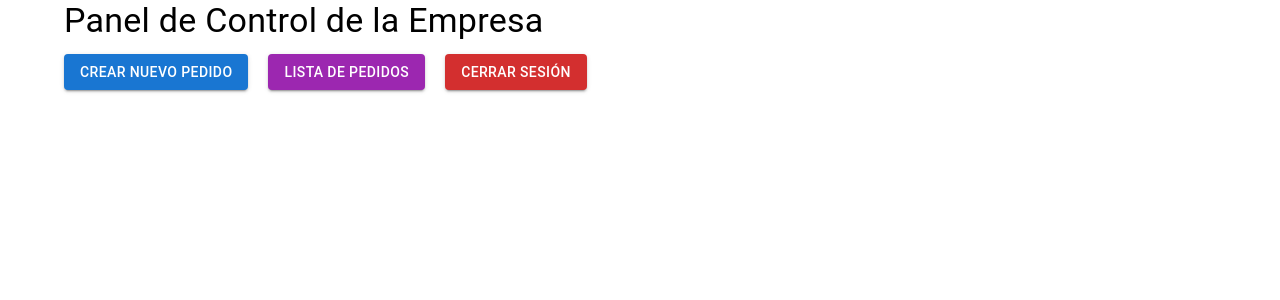
Repository: ferugarte/deliverapp
Page: /dashboard/company
The author's editor kept a copy of each file at every save. The page is drawn from the files as they stood at one save, then again after the next save.
The browser window is 1280 px wide. The pictures show the whole page.
The project was rebuilt for these pictures with package versions that can differ from the ones it lists, and the page was loaded fresh each time. Also part of the build but not shown: src/components/Auth/Login.js, src/firebase/config.js, src/components/Auth/RegisterUser.js, src/components/Auth/RegisterCompany.js, src/components/Dashboard/AdminDashboard.js, src/components/Dashboard/DriverDashboard.js, src/components/Order/OrderList.js, src/components/Order/OrderDetails.js and 5 more.

Above is the page before, as saved 2023-12-26 12:57:01.

### src/index.css
/* src/index.css */
body {
  margin: 0;
  font-family: -apple-system, BlinkMacSystemFont, 'Segoe UI', 'Roboto', 'Oxygen',
    'Ubuntu', 'Cantarell', 'Fira Sans', 'Droid Sans', 'Helvetica Neue',
    sans-serif;
  -webkit-font-smoothing: antialiased;
  -moz-osx-font-smoothing: grayscale;
}

code {
  font-family: source-code-pro, Menlo, Monaco, Consolas, 'Courier New',
    monospace;
}

/* Agrega más estilos globales según sea necesario */

### src/App.js
import React from 'react';
import { BrowserRouter as Router, Routes, Route, Navigate } from 'react-router-dom';

// Importa tus componentes aquí...
import Login from './components/Auth/Login';
import RegisterUser from './components/Auth/RegisterUser';
import RegisterCompany from './components/Auth/RegisterCompany';
import AdminDashboard from './components/Dashboard/AdminDashboard';
import DriverDashboard from './components/Dashboard/DriverDashboard';
import CompanyDashboard from './components/Dashboard/CompanyDashboard';
import OrderList from './components/Order/OrderList';
import OrderDetails from './components/Order/OrderDetails';
import EditOrder from './components/Order/EditOrder'; // Asegúrate de tener este componente
import NewOrder from './components/Order/NewOrder';
import MessageConfig from './components/Order/MessageConfig';
import MapView from './components/Tracking/MapView';
import TrackingInfo from './components/Tracking/TrackingInfo';

function App() {
  return (
    <Router>
      <Routes>
        <Route path="/" element={<Navigate replace to="/login" />} />
        <Route path="/login" element={<Login />} />
        {/* Rutas para Autenticación */}
        <Route path="/login" element={<Login />} />
        <Route path="/register-user" element={<RegisterUser />} />
        <Route path="/register-company" element={<RegisterCompany />} />

        {/* Rutas para Dashboards */}
        <Route path="/dashboard/admin" element={<AdminDashboard />} />
        <Route path="/dashboard/driver" element={<DriverDashboard />} />
        <Route path="/dashboard/company" element={<CompanyDashboard />} />

        {/* Rutas para Pedidos */}
        <Route path="/orders" element={<OrderList />} />
        <Route path="/order/details/:id" element={<OrderDetails />} />
        <Route path="/order/edit/:id" element={<EditOrder />} />
        <Route path="/order/new" element={<NewOrder />} />
        <Route path="/order/message-config" element={<MessageConfig />} />

        {/* Rutas para Seguimiento */}
        <Route path="/tracking/map" element={<MapView />} />
        <Route path="/tracking/info/:id" element={<TrackingInfo />} />

        {/* Puedes agregar aquí más rutas según sea necesario */}
      </Routes>
    </Router>
  );
}

export default App;

### src/reportWebVitals.js
// src/reportWebVitals.js
const reportWebVitals = (onPerfEntry) => {
  if (onPerfEntry && onPerfEntry instanceof Function) {
    import('web-vitals').then(({ getCLS, getFID, getFCP, getLCP, getTTFB }) => {
      getCLS(onPerfEntry);
      getFID(onPerfEntry);
      getFCP(onPerfEntry);
      getLCP(onPerfEntry);
      getTTFB(onPerfEntry);
    });
  }
};

export default reportWebVitals;

### src/components/Dashboard/CompanyDashboard.js
// src/components/Dashboard/CompanyDashboard.js
import React from 'react';
import { useNavigate } from 'react-router-dom';
import { getAuth, signOut } from 'firebase/auth';
import { Button, Container, Typography } from '@mui/material';

const CompanyDashboard = () => {
  const navigate = useNavigate();
  const auth = getAuth();

  const handleLogoff = () => {
    signOut(auth)
      .then(() => {
        // Redirigir al usuario a la página de inicio de sesión después de cerrar sesión
        navigate('/login');
      })
      .catch((error) => {
        // Manejar posibles errores aquí
        console.error('Error al cerrar sesión:', error);
      });
  };

  return (
    <Container maxWidth="lg">
      <Typography variant="h4" gutterBottom>
        Panel de Control de la Empresa
      </Typography>

      <Button
        variant="contained"
        color="primary"
        onClick={() => navigate('/order/new')}
      >
        Crear Nuevo Pedido
      </Button>

      <Button
        variant="contained"
        color="secondary"
        onClick={() => navigate('/orders')}
        style={{ marginLeft: '20px' }}
      >
        Lista de Pedidos
      </Button>

      <Button
        variant="contained"
        color="error"
        onClick={handleLogoff}
        style={{ marginLeft: '20px' }}
      >
        Cerrar Sesión
      </Button>

      {/* Puedes agregar más botones o enlaces según sea necesario */}
    </Container>
  );
};

export default CompanyDashboard;

Loaded but not shown: public/index.html (common file); src/index.js (common file)

After the next save:
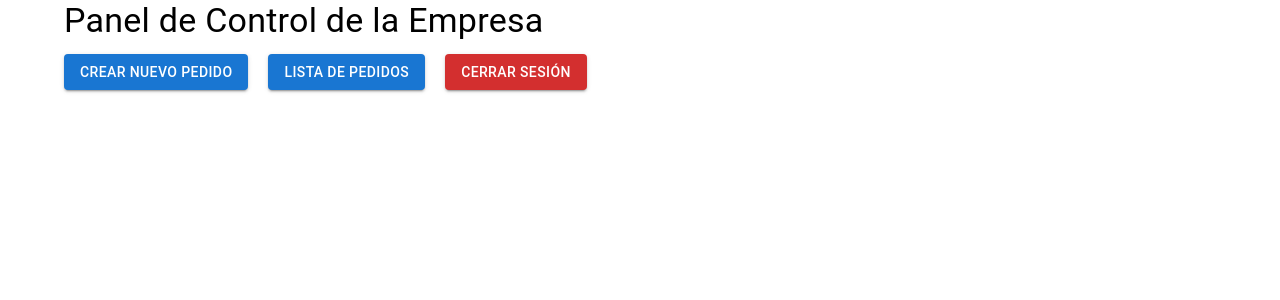
Saved 9 s later.
--- a/src/components/Dashboard/CompanyDashboard.js
+++ b/src/components/Dashboard/CompanyDashboard.js
@@ -36,7 +36,7 @@ const CompanyDashboard = () => {
 
       <Button
         variant="contained"
-        color="secondary"
+        color="primary"
         onClick={() => navigate('/orders')}
         style={{ marginLeft: '20px' }}
       >
